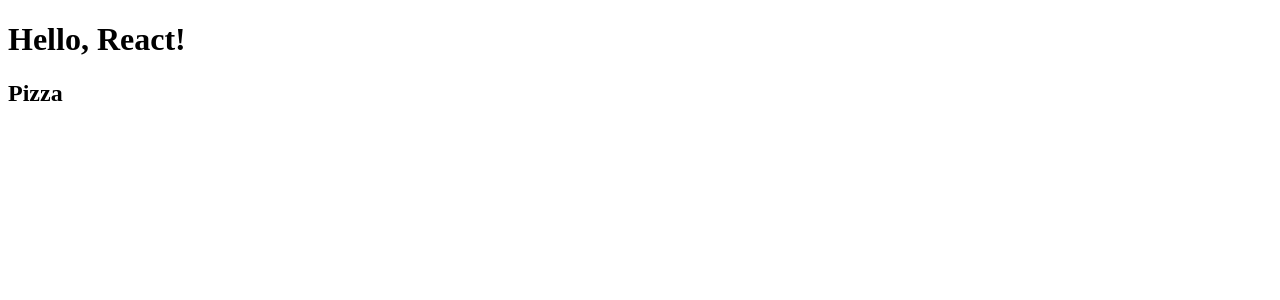
Repository: Aaryan-Poria/pizza-menu
Page: /
The author's editor kept a copy of each file at every save. The page is drawn from the files as they stood at one save, then again after the next save.
The browser window is 1280 px wide. The pictures show the whole page.
The project was rebuilt for these pictures with package versions that can differ from the ones it lists, and the page was loaded fresh each time.

Above is the page before, as saved 2023-10-02 12:52:40.

After the next save:
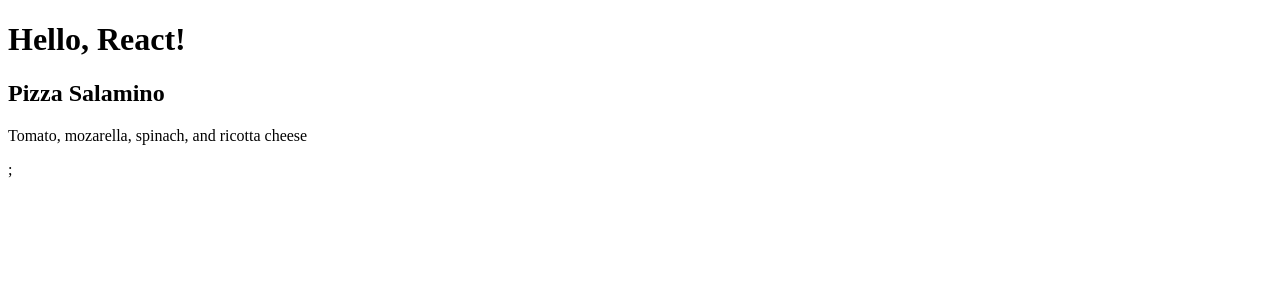
Saved 2 min 30 s later.
--- a/src/index.js
+++ b/src/index.js
@@ -56,7 +56,12 @@ function App() {
 }
 
 function Pizza() {
-  return <h2> Pizza</h2>;
+  return (
+    <div>
+      <h2> Pizza Salamino</h2>
+      <p>Tomato, mozarella, spinach, and ricotta cheese</p>;
+    </div>
+  );
 }
 
 // React Version 18 and further
